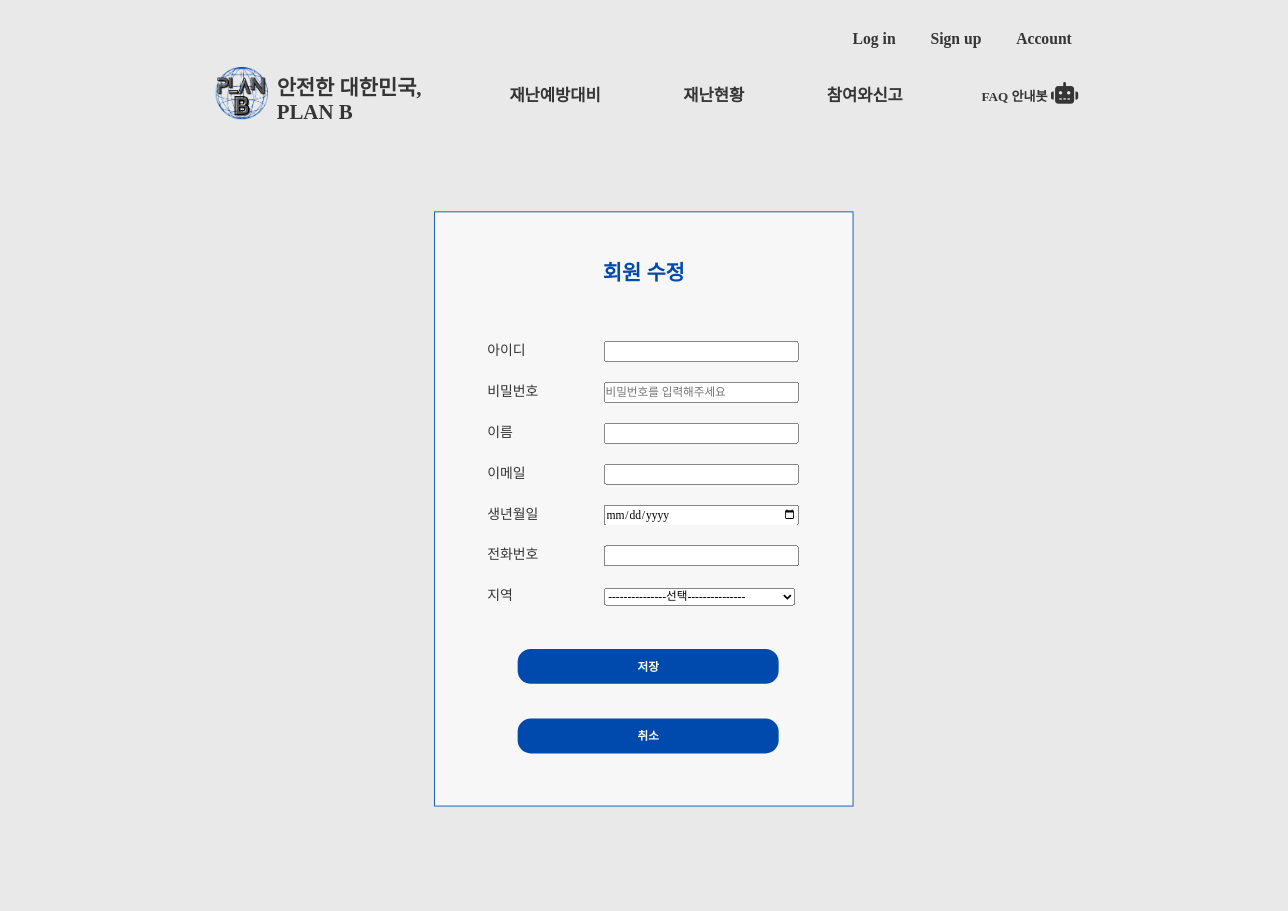
Repository: finalteam4/final
Page: http://localhost/member/update
These files come from the project's save history. The page is drawn as it stood at one moment and after the next save; the edit follows.
The browser window is 1280 px wide. The page is 1480 px wide, so the pictures cover 1480 px, including what lies to the right of the window. The pictures show the whole page, at 87% of full size.
Some web libraries are served in a nearby version. The page is this project's Thymeleaf template; nobody is signed in. The template is opened directly, without the code that normally fills it, so the values that code supplies are empty.

Above is the page before, as saved 2024-02-08 07:08:04.

After the next save:
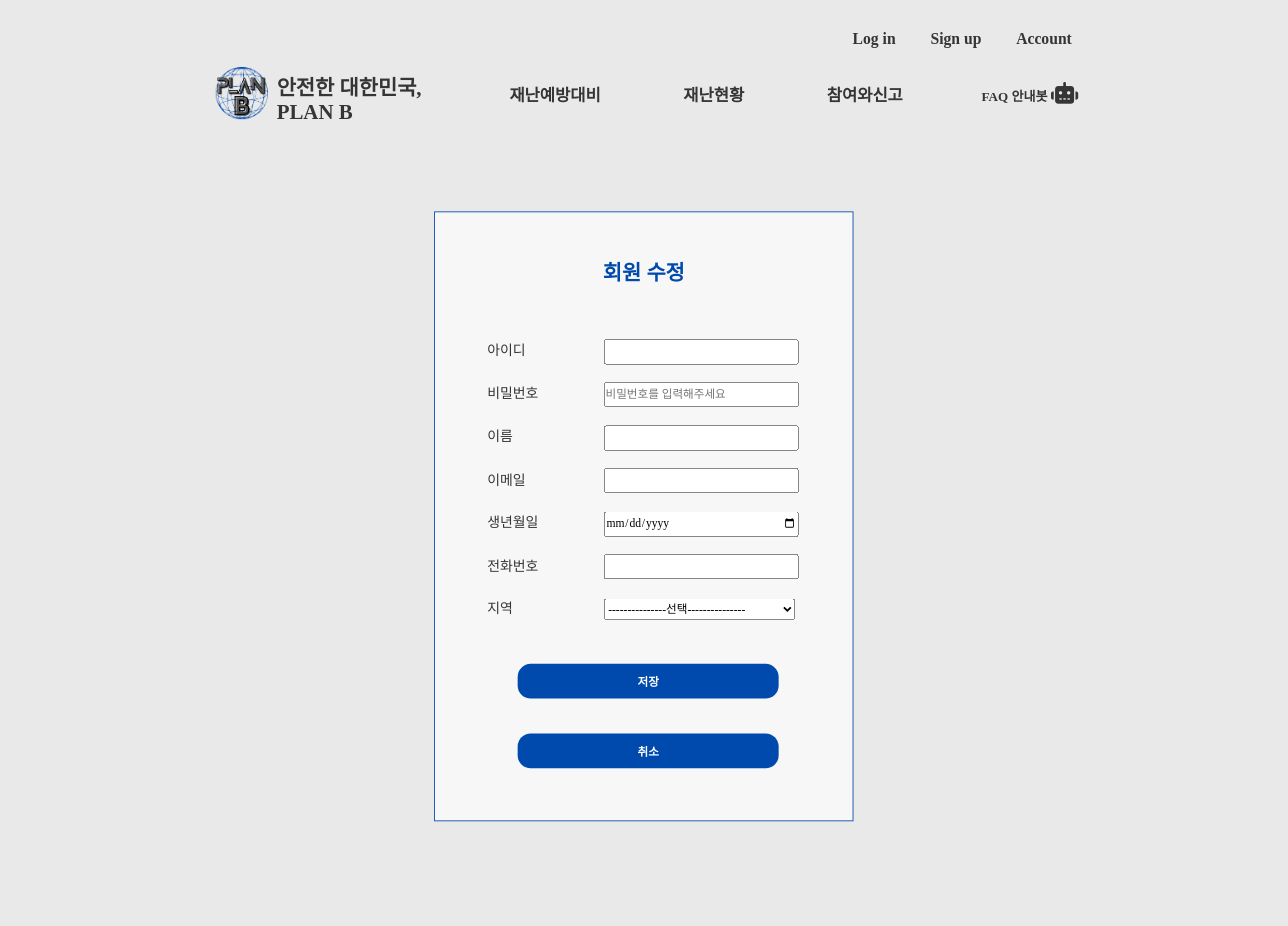
Saved 60 s later.
--- a/final/src/main/resources/static/css/style.css
+++ b/final/src/main/resources/static/css/style.css
@@ -293,7 +293,7 @@ ul li{list-style: none;}
   #update input[type="date" i],
   #update select  {
   width: 220px;
-  height: 20px;
+  height: 25px;
   margin: 10px;
   }
   #update #memberArea{
